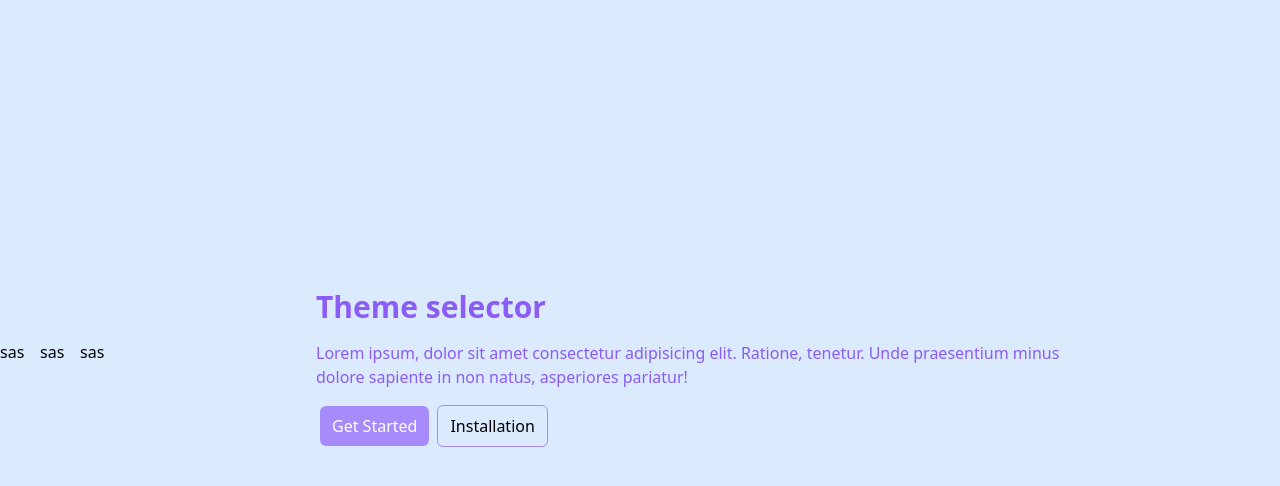
Repository: prince-bansal/tailwind-theme-switcher
Page: /
The author's editor kept a copy of each file at every save. The page is drawn from the files as they stood at one save, then again after the next save.
The browser window is 1280 px wide. The pictures show the whole page.
The project was rebuilt for these pictures with package versions that can differ from the ones it lists, and the page was loaded fresh each time. Also part of the build but not shown: vite.config.ts, src/index.css.

Above is the page before, as saved 2024-03-17 19:32:06.

After the next save:
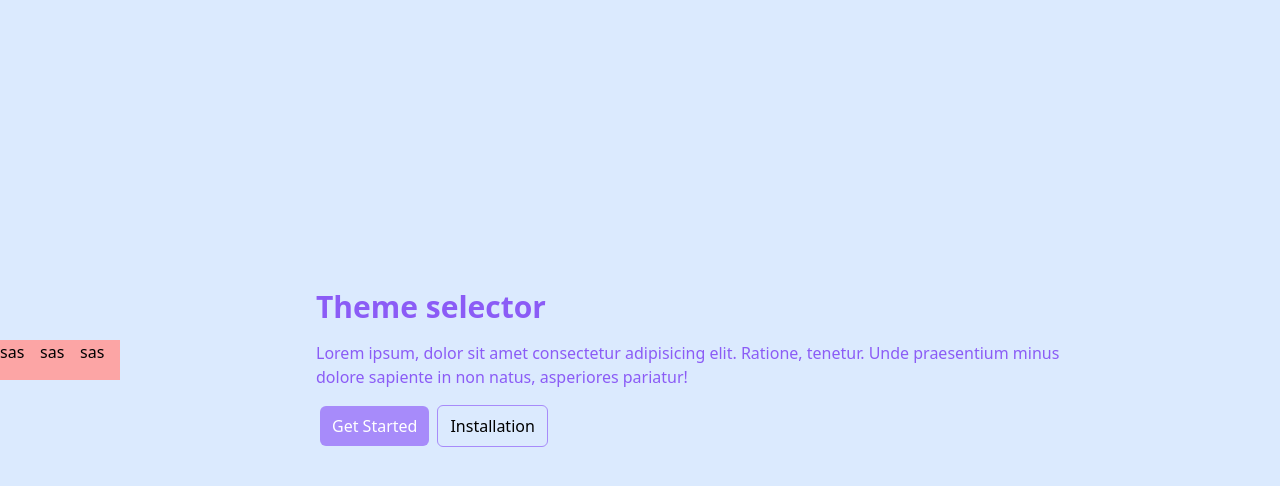
Saved 17 s later.
--- a/src/App.tsx
+++ b/src/App.tsx
@@ -5,7 +5,7 @@ function App() {
   return (
     <div className=" bg-fill min-h-screen flex items-center justify-center">
       {["red", "blue", "green"].map((color) => (
-        <div className={`h-10 w-10 bg-${color}-500`}>sas</div>
+        <div className={`h-10 w-10 bg-red-300 bg-${color}-500`}>sas</div>
       ))}
       <div className="w-[60%] m-auto">
         <h1 className="text-3xl text-heading my-4 font-bold">Theme selector</h1>
